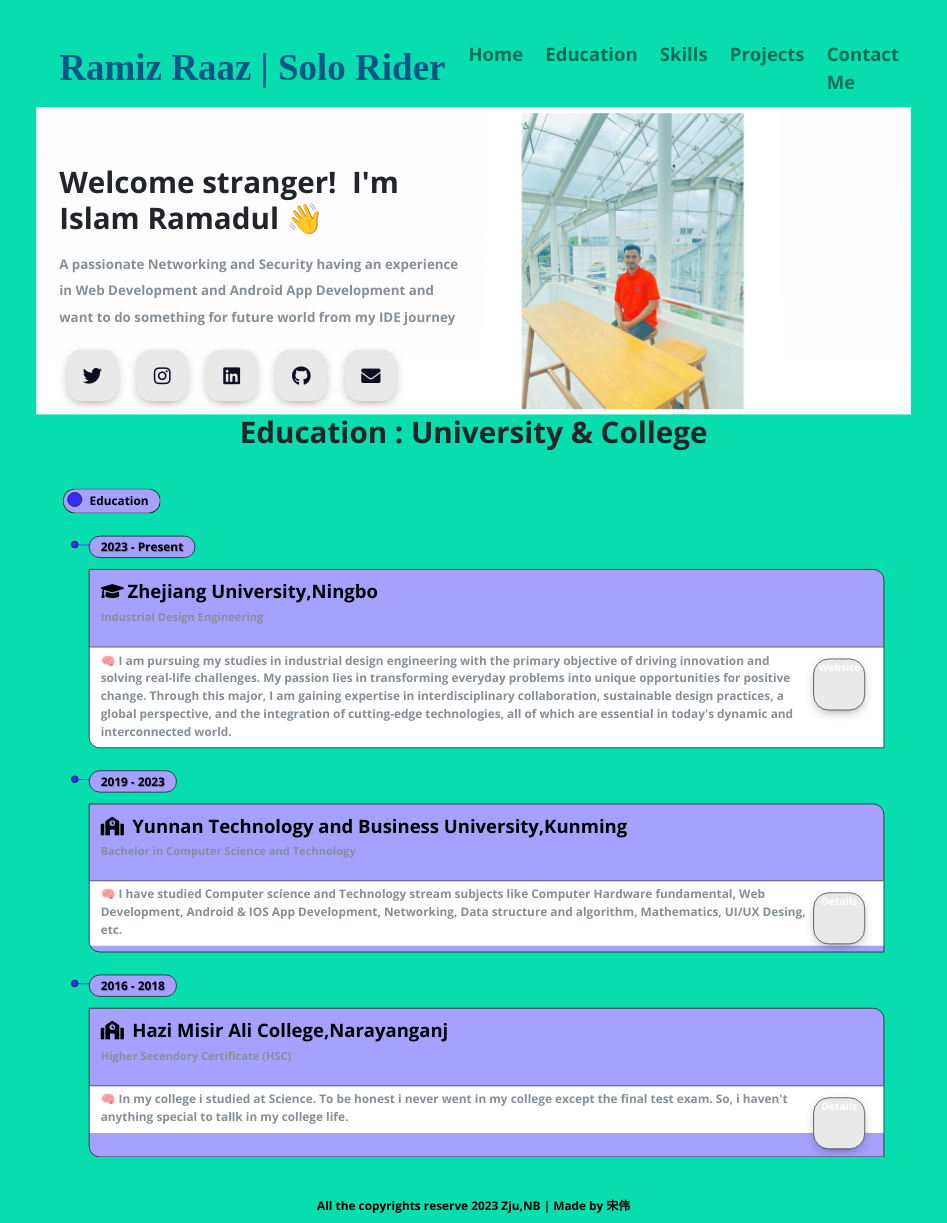
Repository: ramizraaz/ZjuProtfolio
Page: index.html
The author's editor kept a copy of each file at every save. The page is drawn from the files as they stood at one save, then again after the next save.
The browser window is 1280 px wide. The pictures show the whole page, at 74% of full size.
Some web fonts or font styles are not loaded; a fallback is used. Some web libraries are served in a nearby version.

Above is the page before, as saved 2023-10-08 17:58:52.

### index.html
<!DOCTYPE html>
<html lang="en" dir="ltr">

<head>
    <meta charset="utf-8">
    <meta name="viewport" content="width=device-width,initial-scale=1">
    <title>宋伟's Profile | Personal website</title>
    <link rel="icon" href="Image/RR.png">
    <link rel="stylesheet" href="https://stackpath.bootstrapcdn.com/bootstrap/4.5.0/css/bootstrap.min.css" integrity="sha384-9aIt2nRpC12Uk9gS9baDl411NQApFmC26EwAOH8WgZl5MYYxFfc+NcPb1dKGj7Sk" crossorigin="anonymous">
    <link rel="stylesheet" href="style.css">
    <link href="https://fonts.googleapis.com/css2?family=Arizonia&family=Montserrat:wght@400;800&display=swap" rel="stylesheet">
    <link href="https://fonts.googleapis.com/css2?family=Open+Sans:wght@700&display=swap" rel="stylesheet">
    <link rel="stylesheet" href="https://use.fontawesome.com/releases/v5.4.1/css/all.css" />
    <link rel="stylesheet" href="https://cdnjs.cloudflare.com/ajax/libs/font-awesome/5.13.1/css/all.min.css">
    <script src="https://code.jquery.com/jquery-3.5.1.slim.min.js" integrity="sha384-DfXdz2htPH0lsSSs5nCTpuj/zy4C+OGpamoFVy38MVBnE+IbbVYUew+OrCXaRkfj" crossorigin="anonymous"></script>
    <script src="https://cdn.jsdelivr.net/npm/popper.js@1.16.0/dist/umd/popper.min.js" integrity="sha384-Q6E9RHvbIyZFJoft+2mJbHaEWldlvI9IOYy5n3zV9zzTtmI3UksdQRVvoxMfooAo" crossorigin="anonymous"></script>
    <script src="https://stackpath.bootstrapcdn.com/bootstrap/4.5.0/js/bootstrap.min.js" integrity="sha384-OgVRvuATP1z7JjHLkuOU7Xw704+h835Lr+6QL9UvYjZE3Ipu6Tp75j7Bh/kR0JKI" crossorigin="anonymous"></script>
</head>

<body class="container-fluid body_section">
    <header>
        <nav class="navbar navbar-expand-lg navbar-light ">
            <a class="navbar-brand brand-name" href="#">Ramiz Raaz | Solo Rider</a>
            <button class="navbar-toggler" type="button" data-toggle="collapse" data-target="#navbarSupportedContent" aria-controls="navbarSupportedContent" aria-expanded="false" aria-label="Toggle navigation">
                  <span class="navbar-toggler-icon"></span>
                </button>
            <div class="collapse navbar-collapse" id="navbarSupportedContent">
                <ul class="navbar-nav ml-auto">
                    <li class="nav-item">
                        <a class="nav-link headerachor" href="index.html">Home</a>
                    </li>

                    <li class="nav-item">
                        <a class="nav-link headerachor" href="#Education">Education</a>
                    </li>
                    <li class="nav-item">
                        <a class="nav-link headerachor" href="">Skills</a>
                    </li>
                    <li class="nav-item">
                        <a class="nav-link headerachor" href="">Projects</a>
                    </li>
                    <li class="nav-item">
                        <a class="nav-link headerachor" href="">Contact Me</a>
                    </li>
                </ul>
        </nav>
    </header>
    <!-- Intro Section -->
    <section id="Home">
        <div class="row column1">
            <div class="col-lg-6 col-md-6 first-image">
                <img class="boyimage" src="img/me.gif" alt="">
            </div>
            <div class="col-lg-6 section-1">
                <h1 class="Hello">Welcome stranger!&nbsp&nbspI'm Islam Ramadul <span class="wave">👋</span></h1>
                <p>A passionate Networking and Security having an experience in Web Development and Android App Development and want to do something for future world from my IDE journey</p>
                <div class=social_media_icon>
                    <a class="btn" href="https://twitter.com/ramiz_raaz" target=_blank>
                        <i class="fab fa-twitter"></i>
                    </a>
                    <a class="btn" href="https://www.instagram.com/ramiz_raaz/" target=_blank>
                        <i class="fab fa-instagram"></i>
                    </a>
                    <a class="btn" href="https://www.linkedin.com/" target=_blank>
                        <i class="fab fa-linkedin" aria-hidden="true"></i>
                    </a>
                    <a class="btn" href="https://github.com/ramizraaz" target=_blank>
                        <i class="fab fa-github"></i>
                    </a>
                    <a class="btn" href="mailto:romiz.romeo.raaz@gmail.com/" target=_blank>
                        <i class="fa fa-envelope"></i>
                    </a>
                </div>
            </div>
    </section>
    <!-- Education Section -->
    <section id="Education">
        <div class="container">
            <div class="Heading">
                <h1>Education : University & College</h1>
                <br>
            </div>
            <div class="timeline">
                <div class="timeline-month">
                    Education
                </div>
                <div class="timeline-section">
                    <div class="timeline-date">
                        2023 - Present
                    </div>
                    <div class="row">
                        <div class="col-lg">
                            <div class="timeline-box">
                                <div class="box-title">
                                    <i class="fas fa-graduation-cap" aria-hidden="true"></i>Zhejiang University,Ningbo
                                    <p class="degree">Industrial Design Engineering</p>
                                </div>
                                <div class="box-content">
                                    <a class="btn btn-sm btn-dark float-right" role="button" href="https://www.zju.edu.cn/english/" target=_blank style="color: white;">Website</a>
                                    <div class="box-item">🧠 I am pursuing my studies in industrial design engineering with the primary objective of driving innovation and solving real-life challenges. My passion lies in transforming everyday problems into unique opportunities
                                        for positive change. Through this major, I am gaining expertise in interdisciplinary collaboration, sustainable design practices, a global perspective, and the integration of cutting-edge technologies, all of which
                                        are essential in today's dynamic and interconnected world.</div>
                                </div>
                            </div>
                        </div>
                    </div>
                </div>

                <div class="timeline-section">
                    <div class="timeline-date">
                        2019 - 2023
                    </div>
                    <div class="row">
                        <div class="col-lg">
                            <div class="timeline-box">
                                <div class="box-title">
                                    <i class="fas fa-school" aria-hidden="true"></i> Yunnan Technology and Business University,Kunming
                                    <p class="degree">Bachelor in Computer Science and Technology</p>
                                </div>
                                <div class="box-content">
                                    <a class="btn btn-sm btn-dark float-right" role="button" style="color: white;">Details</a>
                                    <div class="box-item">🧠 I have studied Computer science and Technology stream subjects like Computer Hardware fundamental, Web Development, Android & IOS App Development, Networking, Data structure and algorithm, Mathematics, UI/UX Desing,
                                        etc.
                                    </div>

                                </div>
                            </div>
                        </div>
                    </div>
                </div>

                <div class="timeline-section">
                    <div class="timeline-date">
                        2016 - 2018
                    </div>
                    <div class="row">
                        <div class="col-lg">
                            <div class="timeline-box">
                                <div class="box-title">
                                    <i class="fas fa-school" aria-hidden="true"></i> Hazi Misir Ali College,Narayanganj
                                    <p class="degree"> Higher Secendory Certificate (HSC)</p>
                                </div>
                                <div class="box-content">
                                    <a class="btn btn-sm btn-dark float-right" role="button" style="color: white;">Details</a>
                                    <div class="box-item">🧠 In my college i studied at Science. To be honest i never went in my college except the final test exam. So, i haven't anything special to tallk in my college life.</div>
                                    <div class="box-item"><b>

                                </div>
                            </div>
                        </div>
                    </div>
                </div>
            </div>
        </div>
    </section>

    </form>
    <footer class=footer>All the copyrights reserve 2023 Zju,NB | Made by 宋伟</footer>
</body>

</html>

### style.css
body {
    font-family: 'Open Sans', sans-serif;
    margin: 0;
    background: #b1adad;
    animation: pulse 2s infinite;
}

@keyframes pulse {
    0% {
        background: #cb0874;
    }
    25% {
        background: #ab2001;
    }
    50% {
        background: #08ddaf;
    }
    75% {
        background: #78db06;
    }
    100% {
        background: #04bd88;
    }
}

.body_section {
    padding: 3% 5% 1%;
}

p {
    font-size: 18px;
}

a {
    text-decoration: none;
}

@font-face {
    font-family: "Lovely Home";
    src: local('Lovely Home'), url("Image/LovelyHome-9aBZ.ttf") format('truetype');
}

.brand-name,
.navbar-light .navbar-brand {
    font-family: "Lovely Home";
    font-size: 50px;
    font-weight: bold;
    color: #075786;
}

.headerachor {
    color: black;
    margin: 0 7px 0 7px;
    border-radius: 20px;
    font-size: 25px;
}

.headerachor:hover {
    background-color: #8c8a8a;
}


/* Section 1 */

.column1 {
    background-image: linear-gradient(#fefcfe, #ffffff);
    padding: 8px 16px;
}

.section-1 {
    margin-top: 6%;
    text-align: left;
    position: relative;
}

span.wave {
    animation-name: wave-animation;
    animation-duration: 2.5s;
    animation-iteration-count: infinite;
    transform-origin: 70% 70%;
    display: inline-block;
}

@keyframes wave-animation {
    0% {
        transform: rotate( 0.0deg)
    }
    10% {
        transform: rotate(-10.0deg)
    }
    20% {
        transform: rotate( 12.0deg)
    }
    30% {
        transform: rotate(-10.0deg)
    }
    40% {
        transform: rotate( 9.0deg)
    }
    50% {
        transform: rotate( 0.0deg)
    }
    100% {
        transform: rotate( 0.0deg)
    }
}

.first-image {
    position: absolute;
    right: 0;
}

.boyimage {
    height: 400px;
}

@media only screen and (max-width: 1183px) {
    .first-image {
        right: 160px;
    }
}

.boy {
    width: 100%;
    height: 100%;
    animation: bounce 1.2s;
    animation-direction: alternate;
    animation-iteration-count: infinite;
}

@keyframes bounce {
    from {
        transform: translate3d(0, 0, 0);
    }
    to {
        transform: translate3d(0, 20px, 0);
    }
}

.Image-boy {
    text-align: center;
    align-items: center;
}

@media only screen and (min-width:951px) {
    .Image-boy {
        display: none;
    }
}

.Hello {
    margin-bottom: 20px;
}

p {
    line-height: 2;
    color: #868e96;
}

.btn {
    display: inline-block;
    width: 4.37rem;
    height: 4.37rem;
    background: #e9e9e9;
    padding: 0px 0px;
    margin: 10px;
    border-radius: 30%;
    box-shadow: 0 5px 15px -5px #00000070;
    color: #0f0d20;
    overflow: hidden;
    position: relative;
}

.btn i {
    line-height: 70px;
    font-size: 1.625rem;
    transition: 0.2s linear;
}

.btn:hover i {
    transform: scale(1.3);
    color: #f1f1f1;
}

.btn::before {
    content: "";
    position: absolute;
    width: 120%;
    height: 120%;
    background: #46088d;
    transform: rotate(45deg);
    left: -110%;
    top: 90%;
}

.btn:hover::before {
    animation: aaa 0.7s 1;
    top: -10%;
    left: -10%;
}

@media only screen and (max-width:470px) {
    .btn {
        width: 2.5rem;
        height: 2.5rem;
        margin: 7px;
    }
    .btn i {
        line-height: 40px;
        font-size: 1em;
    }
}


/* Education CSS */

.Heading {
    text-align: center;
}

.timeline {
    margin-top: 20px;
    position: relative;
}

.timeline:before {
    position: absolute;
    content: '';
    width: 4px;
    height: calc(100% - 100px);
    background: #08ddaf;
    left: 14px;
    top: 5px;
    border-radius: 4px;
}

.timeline-month {
    color: black;
    position: relative;
    padding: 4px 15px 4px 35px;
    background-color: #a6a1ff;
    display: inline-block;
    width: auto;
    border-radius: 40px;
    border: 1px solid #17191B;
    border-right-color: black;
    margin-bottom: 30px;
}

.timeline-month span {
    position: absolute;
    top: -1px;
    left: calc(100% - 100px);
    z-index: -1;
    white-space: nowrap;
    display: inline-block;
    background-color: #111;
    padding: 4px 10px 4px 20px;
    border-top-right-radius: 40px;
    border-bottom-right-radius: 40px;
    border: 1px solid black;
    box-sizing: border-box;
}

.timeline-month:before {
    position: absolute;
    content: '';
    width: 20px;
    height: 20px;
    background: #362CFF;
    border-radius: 100%;
    border: 1px solid #17191B;
    left: 5px;
}

.timeline-section {
    padding-left: 35px;
    display: block;
    position: relative;
    margin-bottom: 30px;
}

.timeline-date {
    margin-bottom: 15px;
    padding: 2px 15px;
    background: #a6a1ff;
    position: relative;
    display: inline-block;
    border-radius: 20px;
    border: 1px solid #17191B;
    color: black;
    text-shadow: 1px 1px 1px rgba(0, 0, 0, 0.3);
}

.timeline-section:before {
    content: '';
    position: absolute;
    width: 30px;
    height: 1px;
    background-color: #362CFF;
    top: 12px;
    left: 20px;
}

.timeline-section:after {
    content: '';
    position: absolute;
    width: 10px;
    height: 10px;
    background: #362CFF;
    top: 7px;
    left: 11px;
    border: 1px solid #17191B;
    border-radius: 100%;
}

.timeline-box {
    position: relative;
    color: black;
    background-color: #a6a1ff;
    border-radius: 15px;
    border-top-left-radius: 0px;
    border-bottom-right-radius: 0px;
    border: 1px solid #17191B;
    transition: all 0.3s ease;
    overflow: hidden;
}

.box-icon {
    position: absolute;
    right: 5px;
    top: 0px;
}

.box-title {
    padding: 10px 15px;
    font-size: 25px;
    border-bottom: 1px solid #17191B;
}

.degree {
    font-size: 15px;
}

.box-title i {
    margin-right: 5px;
}

.box-content {
    padding: 5px 15px;
    background-color: white;
}

.box-item {
    margin-bottom: 5px;
    color: #868e96;
    font-weight: 400;
}

.certificate {
    padding-top: 20px;
}

.certificate-text {
    text-align: center;
}

.box-shadow {
    box-shadow: 5px 5px 5px #d9dbdf;
}

footer {
    padding-top: 2%;
    color: #000000;
    text-align: center;
}

After the next save:
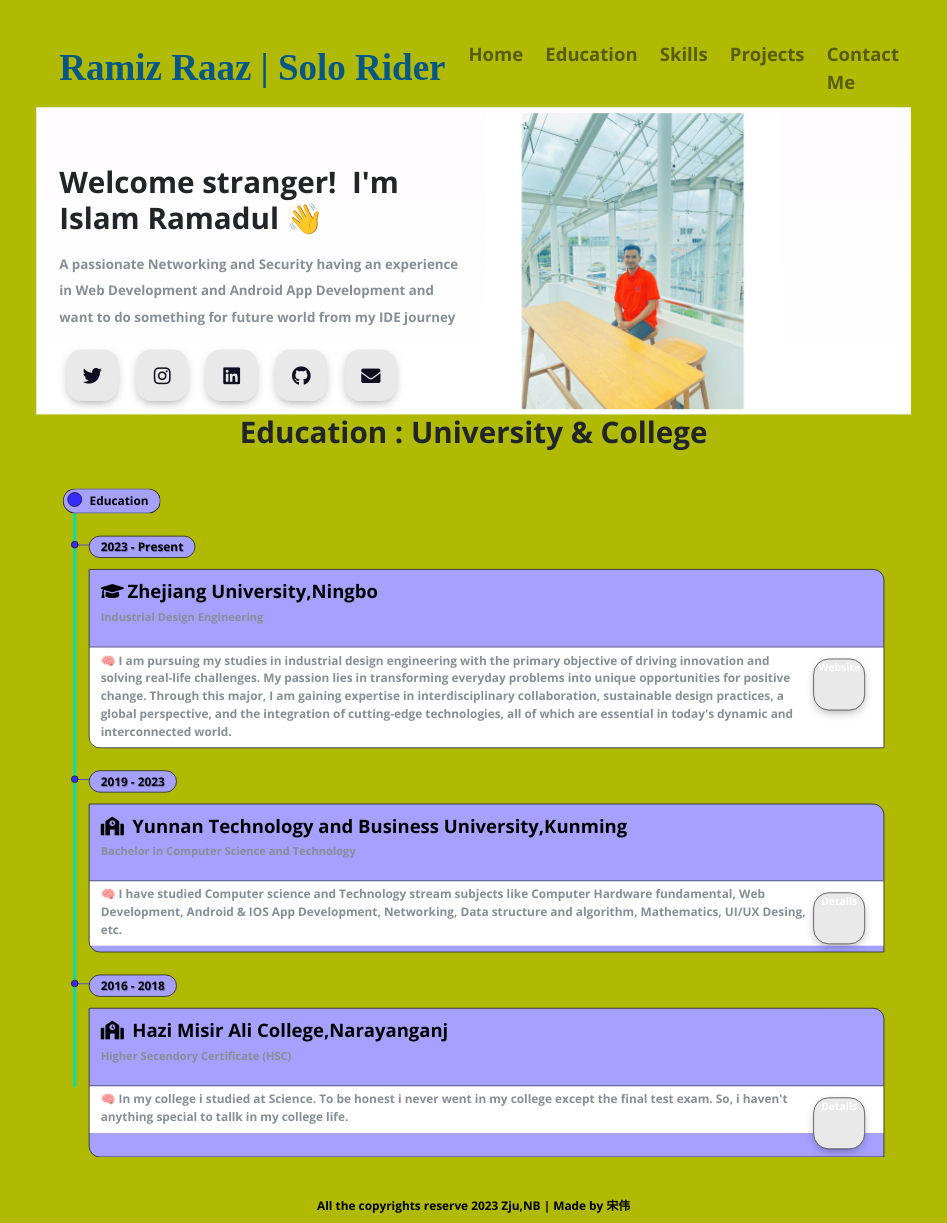
Saved 11 s later.
--- a/style.css
+++ b/style.css
@@ -13,7 +13,7 @@ body {
         background: #ab2001;
     }
     50% {
-        background: #08ddaf;
+        background: #b1ba03;
     }
     75% {
         background: #78db06;
